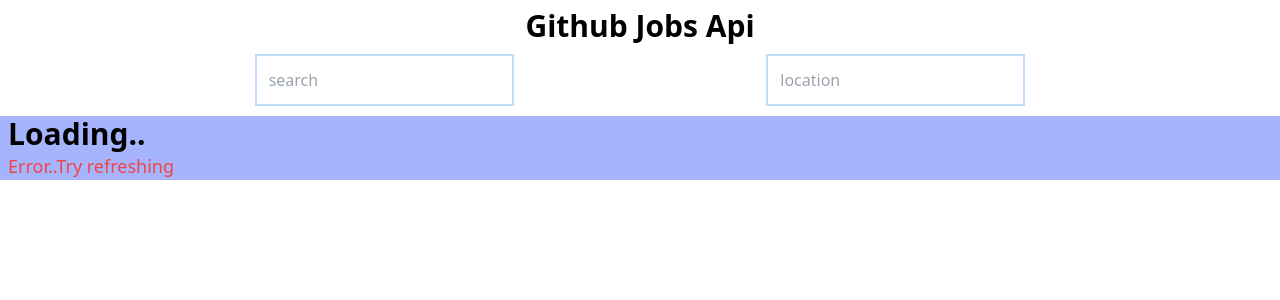
Repository: ShamroOoz/Github-job-api-React-Tailwind
Page: /
The author's editor kept a copy of each file at every save. The page is drawn from the files as they stood at one save, then again after the next save.
The browser window is 1280 px wide. The pictures show the whole page.
The page's requests for data from a server got no answer. The project was rebuilt for these pictures with package versions that can differ from the ones it lists, and the page was loaded fresh each time. No one was signed in, and anything a server would have sent is missing. Also part of the build but not shown: craco.config.js.

Above is the page before, as saved 2021-03-03 14:57:59.

After the next save:
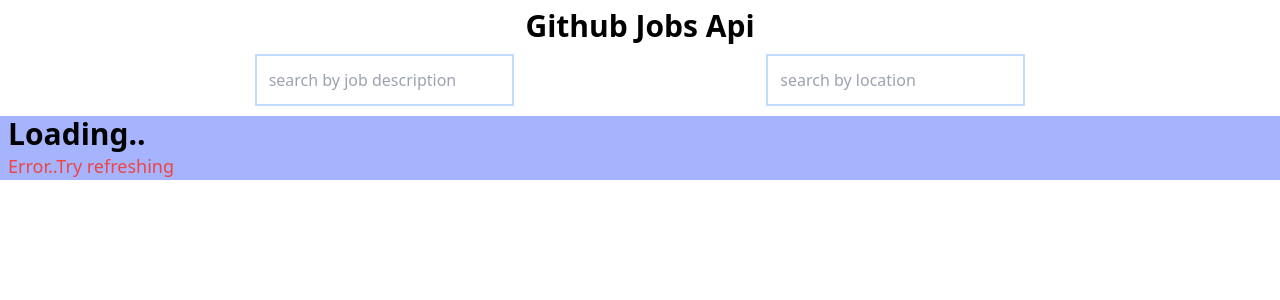
Saved 4 min 55 s later.
--- a/src/components/Hooks/SearchForm.js
+++ b/src/components/Hooks/SearchForm.js
@@ -6,14 +6,14 @@
       <input
         className="p-3 ring-2 ring-blue-200"
         type="text"
-        placeholder={`search`}
-        name="search"
+        placeholder={`search by job description `}
+        name="description "
       />
       <input
         className="p-3 ring-2 ring-blue-200"
         type="text"
-        placeholder={`location`}
-        name="location"
+        placeholder={`search by location`}
+        name="location "
       />
     </div>
   );
